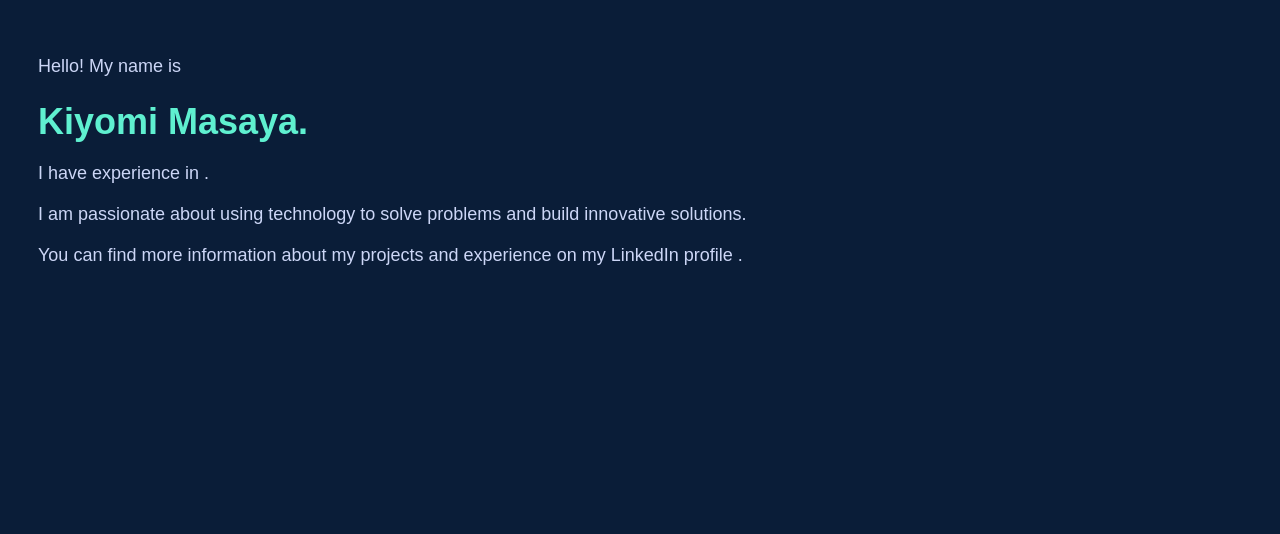
Repository: aoineco/portfolio
Page: index.html
These files come from the project's save history. The page is drawn as it stood at one moment and after the next save; the edit follows.
The browser window is 1280 px wide. The pictures show the whole page.

Above is the page before, as saved 2023-02-10 10:49:44.

After the next save:
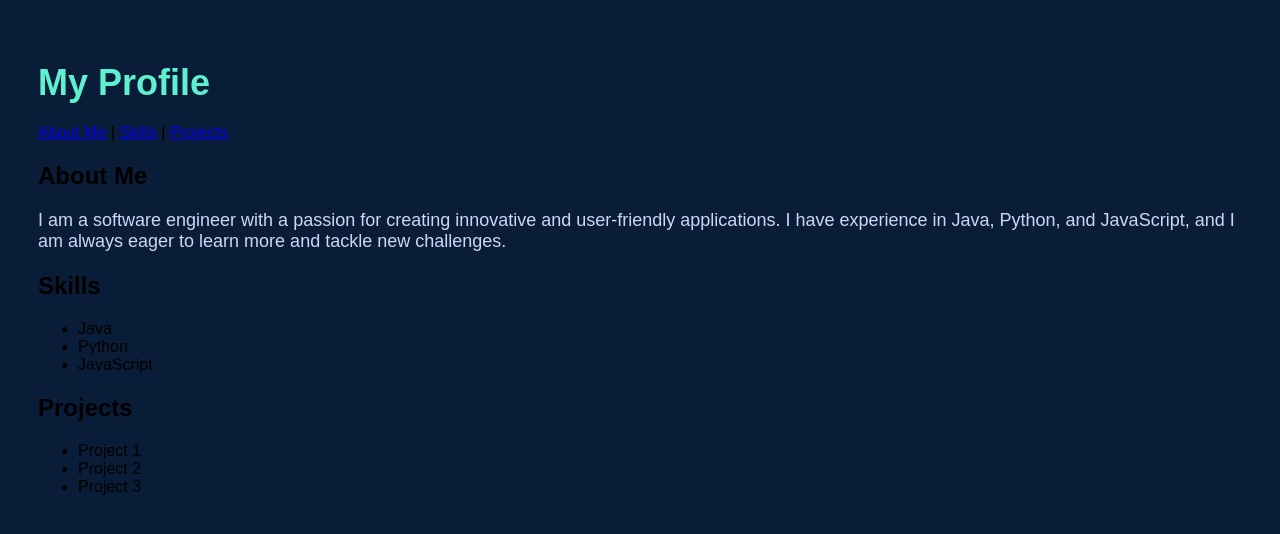
Saved 4 min 20 s later.
--- a/index.html
+++ b/index.html
@@ -8,19 +8,38 @@
 </head>
 
 <body>
-    <p>
-        Hello! My name is
-    </p>
-    <h1>Kiyomi Masaya.</h1>
-    <p>
-        I have experience in .
-    </p>
-    <p>
-        I am passionate about using technology to solve problems and build innovative solutions.
-    </p>
-    <p>
-        You can find more information about my projects and experience on my LinkedIn profile .
-    </p>
+    <header>
+        <h1>My Profile</h1>
+        <nav>
+            <a href="#about-me">About Me</a> |
+            <a href="#skills">Skills</a> |
+            <a href="#projects">Projects</a>
+        </nav>
+    </header>
+    <main>
+        <section id="about-me">
+            <h2>About Me</h2>
+            <p>I am a software engineer with a passion for creating innovative and user-friendly applications. I have
+                experience in Java, Python, and JavaScript, and I am always eager to learn more and tackle new challenges.
+            </p>
+        </section>
+        <section id="skills">
+            <h2>Skills</h2>
+            <ul>
+                <li>Java</li>
+                <li>Python</li>
+                <li>JavaScript</li>
+            </ul>
+        </section>
+        <section id="projects">
+            <h2>Projects</h2>
+            <ul>
+                <li>Project 1</li>
+                <li>Project 2</li>
+                <li>Project 3</li>
+            </ul>
+        </section>
+    </main>
 </body>
 
 </html>
